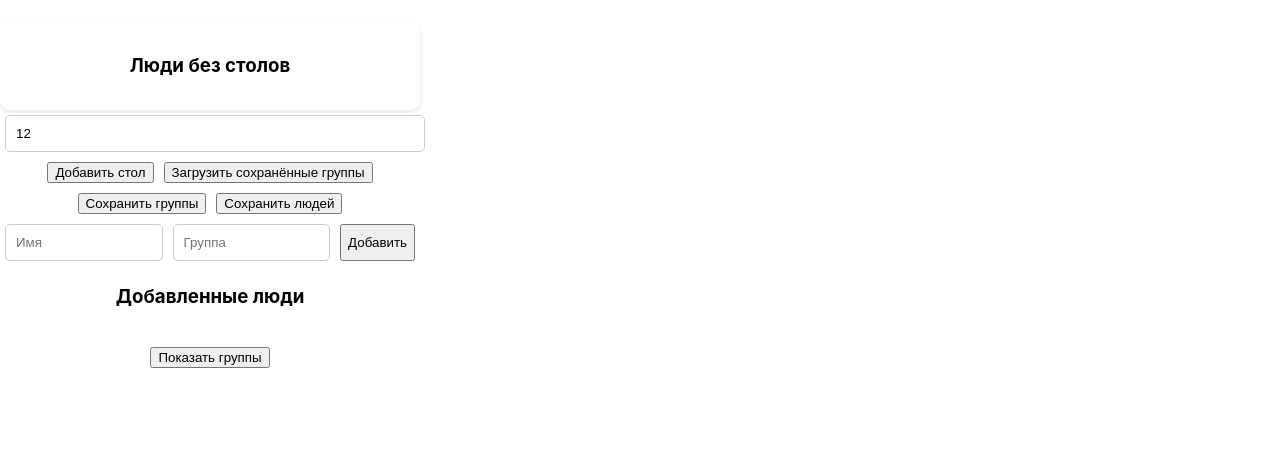
Repository: Vahan-23/Table-V2
Page: /
The author's editor kept a copy of each file at every save. The page is drawn from the files as they stood at one save, then again after the next save.
The browser window is 1280 px wide. The pictures show the whole page.
The project was rebuilt for these pictures with package versions that can differ from the ones it lists, and the page was loaded fresh each time.

Above is the page before, as saved 2025-02-26 13:11:06.

After the next save:
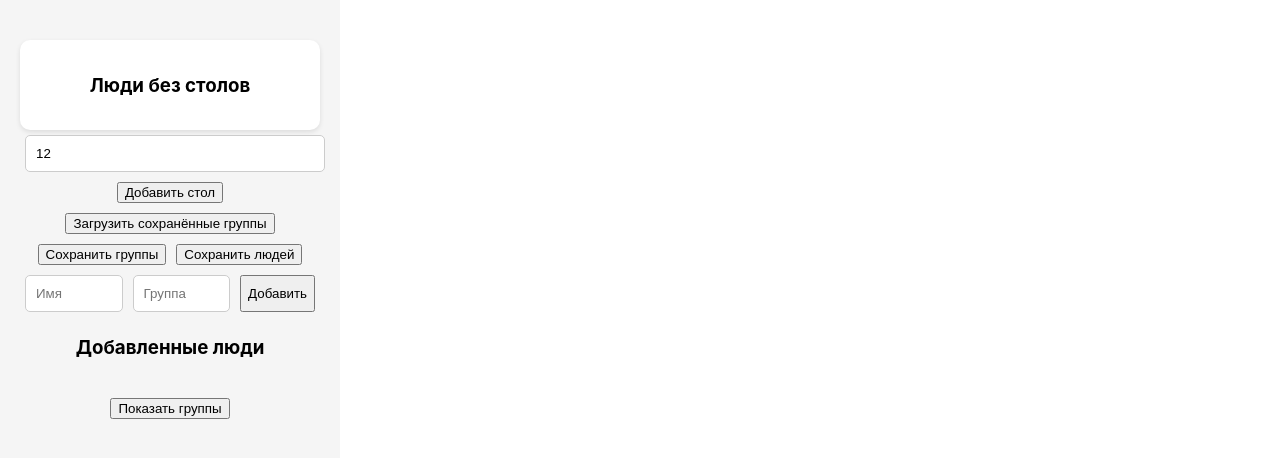
Saved 16 s later.
--- a/src/component/App.css
+++ b/src/component/App.css
@@ -4,8 +4,10 @@
 }
 
 .left-panel {
-  flex: 1;
-  margin-right: 20px;
+  width: 300px;
+  background-color: #f5f5f5;
+  padding: 20px;
+  overflow-y: auto;
 }
 
 .right-panel {
